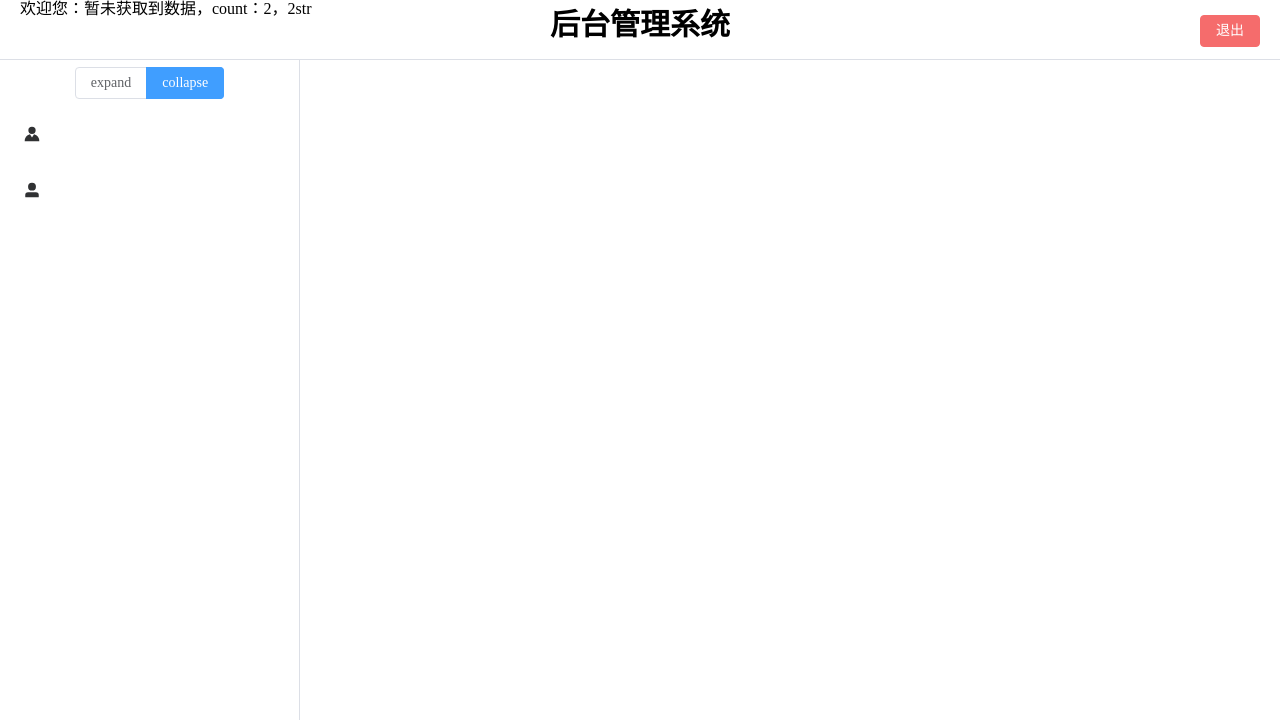
Repository: LdoIt/backstage-management-system
Page: /#/home (app in backstage-management-system-vue3/)
The author's editor kept a copy of each file at every save. The page is drawn from the files as they stood at one save, then again after the next save.
The browser window is 1280 px wide. The pictures show the whole page.
The project was rebuilt for these pictures with package versions that can differ from the ones it lists, and the page was loaded fresh each time. Also part of the build but not shown: backstage-management-system-vue3/vue.config.js.

Above is the page before, as saved 2023-04-23 19:59:33.

### backstage-management-system-vue3/public/index.html
<!--
 * @Date: 2023-04-20 09:25:13
-->
<!DOCTYPE html>
<html lang="">
  <head>
    <meta charset="utf-8">
    <meta http-equiv="X-UA-Compatible" content="IE=edge">
    <meta name="viewport" content="width=device-width,initial-scale=1.0">
    <link rel="icon" href="<%= BASE_URL %>favicon.ico">
    <title><%= htmlWebpackPlugin.options.title %></title>
  </head>
  <body>
    <noscript>
      <strong>We're sorry but <%= htmlWebpackPlugin.options.title %> doesn't work properly without JavaScript enabled. Please enable it to continue.</strong>
    </noscript>
    <div id="app" style="height: 100%"></div>
    <!-- built files will be auto injected -->
  </body>
</html>

### backstage-management-system-vue3/src/main.js
import { createApp } from 'vue'
import App from './App.vue'
// 导入路由
import router from './router'
// 导入 elementPlus
import ElementPlus from 'element-plus'
import 'element-plus/dist/index.css'
// 导入elementPlus中的图标
import * as ElementPlusIconsVue from '@element-plus/icons-vue'

const app = createApp(App)
for (const [key, component] of Object.entries(ElementPlusIconsVue)) {
  // 新增名为Menu的判断
  if ("Menu"!= key){
    app.component(key, component);
  }
  else{
    app.component(key + "Icon", component);
  }
}
app.use(router)
app.use(ElementPlus)
app.mount('#app')

### backstage-management-system-vue3/src/App.vue
<!--
 * @Date: 2023-04-20 09:25:13
-->
<template>
  <router-view></router-view>
</template>

<script setup>
// import Home from './pages/Home.vue'
// 引入样式重置
import 'normalize.css'
</script>

<style lang="less">
</style>

### backstage-management-system-vue3/src/router/index.js
/*
 * @Date: 2023-04-22 16:02:56
 */
import { createRouter, createWebHashHistory } from 'vue-router'
import routes from './routes'
// import store from '../store'
// 生成hash路由对象
const router = createRouter({
  history: createWebHashHistory(),
  routes
})
router.beforeEach((to, from)=>{
  console.log(to, from);
})
export default router

### backstage-management-system-vue3/src/router/routes.js
/*
 * @Date: 2023-04-22 16:04:12
 */
export default [
  {path: '/', component: () => import('../pages/Login'), redirect: '/login'},
  {path: '/login', component: () => import('../pages/Login')},
  {path: '/home', component: () => import('../pages/Home'), children: [
    {path: 'account', component: () => import('../pages/Account')},
    {path: 'role', component: () => import('../pages/Role')},
  ]}
]

### backstage-management-system-vue3/src/pages/Home.vue
<!--
 * @Date: 2023-04-20 09:25:13
-->
<template>
  <el-container>
    <el-header>
      <div class="title">后台管理系统</div>
      <span>欢迎您：{{ username }}，count：{{ userInfoCount }}，{{ userInfoCountStr }}</span>
      <el-button type="danger" class="logout">退出</el-button>
    </el-header>
    <el-container>
      <el-aside>
        <!-- 左边菜单栏 -->
        <div class="leftMenu">
          <el-radio-group v-model="isCollapse">
            <el-radio-button :label="false">expand</el-radio-button>
            <el-radio-button :label="true">collapse</el-radio-button>
          </el-radio-group>
          <el-menu default-active="2" class="el-menu-vertical-demo" :collapse="isCollapse" router>
            <el-sub-menu index="1">
              <template #title>
                <el-icon><Avatar /></el-icon>
                <span>账号管理</span>
              </template>
              <el-menu-item-group>
                <el-menu-item index="/home/account">账号列表</el-menu-item>
              </el-menu-item-group>
            </el-sub-menu>
            <el-sub-menu index="2">
              <template #title>
                <el-icon><UserFilled /></el-icon>
                <span>角色管理</span>
              </template>
              <el-menu-item-group>
                <el-menu-item index="/home/role">角色列表</el-menu-item>
              </el-menu-item-group>
            </el-sub-menu>
          </el-menu>
        </div>
      </el-aside>
      <el-main><router-view></router-view></el-main>
    </el-container>
  </el-container>
</template>

<script setup>
import { ref, onMounted, computed } from 'vue'
import store from '../store'
const isCollapse = ref(true)
let username = ref('')
onMounted(() => {
  username.value = store.state.userInfo.username
  // 下面是练习代码
  store.dispatch('userInfo/increment', 2)
})
const userInfoCount = computed(() => store.state.userInfo.count )
const userInfoCountStr = computed(() => store.getters['userInfo/countStr'] )
</script>

<style lang="less">
  html,
  body {
    height: 100%;
    .el-header {
      border-bottom: solid 1px #dcdfe6;
      .title {
        position: absolute;
        top: 0;
        left: 0;
        bottom: 0;
        right: 0;
        margin: auto;
        text-align: center;
        font: 800 30px '微软雅黑';
        width: 250px;
      }
      .logout {
        float: right;
        margin: 15px 0;
      }
    }
    .el-container {
      height: 100%;
      .el-aside {
        height: 100%;
        border-right: solid 1px #dcdfe6;
        .leftMenu {
          height: 100%;
          .el-radio-group {
            margin: 7px 0;
            width: 100%;
            justify-content: center;
          }
          .el-menu {
            border: none;
          }
        }
      }
    }

  }

</style>

### backstage-management-system-vue3/src/store/index.js
import { createStore } from 'vuex'
import userInfo from './userInfo'
import data from './data'
export default createStore({
  state() {
    return {
      global: 'globalState'
    }
  },
  getters: {
    globalGetters(state) {
      return state.global + 'Getters'
    }
  },
  mutations: {},
  actions: {},
  // 模块化vuex
  modules: {
    userInfo,
    data
  }
})

### backstage-management-system-vue3/src/store/userInfo.js
/*
 * @Date: 2023-04-23 13:33:51
 */
export default {
  // 开启命名空间
  namespaced: true,
  state() {
    return {
      count: 0,
      username: localStorage.getItem('username') || '暂未获取到数据'
    }
  },
  getters: {
    countStr(state, getters, rootState, rootGetters) {
      console.log(state, getters, rootState, rootGetters); // rootGetters、rootState，可以访问vuex全局中的数据
      return state.count + 'str'
    }
  },
  mutations: {
    INCREMENT(state, value) {
      state.count += value
    },
    ADDUSERNAME(state, value) {
      state.username = value
    }
  },
  actions: {
    increment(context, value) {
      console.log(context); // 根节点中的状态会被暴露出来：rootGetters、rootState，可以访问vuex全局中的数据
      context.commit('INCREMENT', value)
    }
  }
}

### backstage-management-system-vue3/src/store/data.js
/*
 * @Date: 2023-04-23 13:33:51
 */
export default {
  // 开启命名空间
  namespaced: true,
  state() {
    return {
      dataCount: 0,
    }
  },
  getters: {
    countStr(state) {
      return state.dataCount + 'str'
    }
  },
  mutations: {},
  actions: {
    decrement(context) {
      console.log(context); // 根节点中的状态会被暴露出来：rootGetters、rootState，可以访问vuex全局中的数据
    }
  }
}

After the next save:
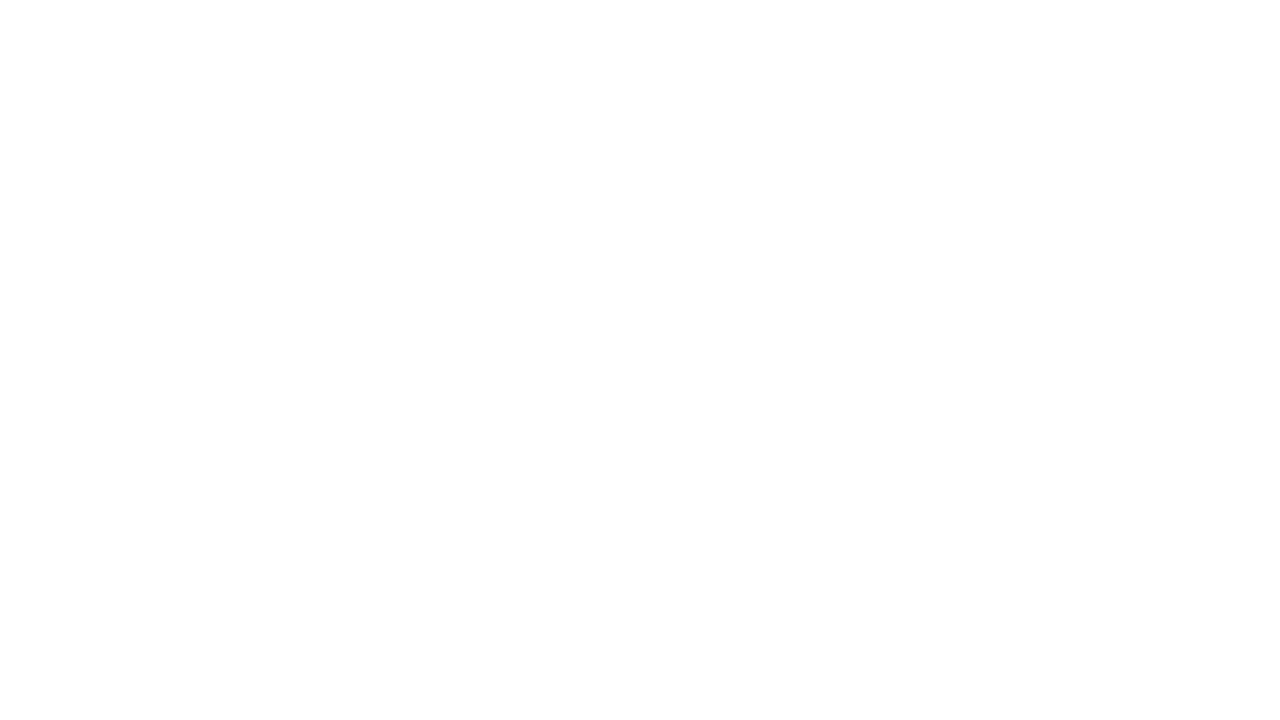
Saved 2 min 49 s later.
--- a/backstage-management-system-vue3/src/router/index.js
+++ b/backstage-management-system-vue3/src/router/index.js
@@ -10,6 +10,7 @@
   routes
 })
 router.beforeEach((to, from)=>{
-  console.log(to, from);
+  if(to.path != '/login' && localStorage.getItem('username')) return {path: '/login'}
+  else next()
 })
 export default router

After the save that followed:
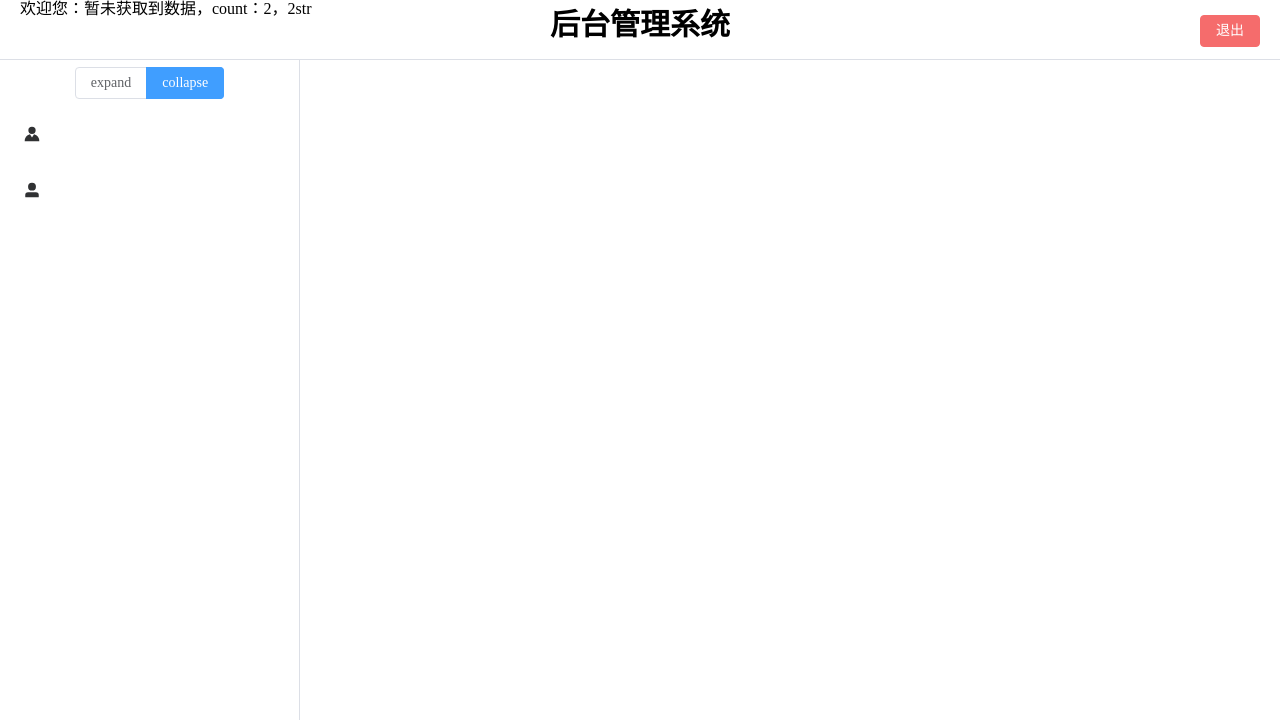
Saved 10 s later.
--- a/backstage-management-system-vue3/src/router/index.js
+++ b/backstage-management-system-vue3/src/router/index.js
@@ -9,7 +9,7 @@
   history: createWebHashHistory(),
   routes
 })
-router.beforeEach((to, from)=>{
+router.beforeEach((to, from, next)=>{
   if(to.path != '/login' && localStorage.getItem('username')) return {path: '/login'}
   else next()
 })
